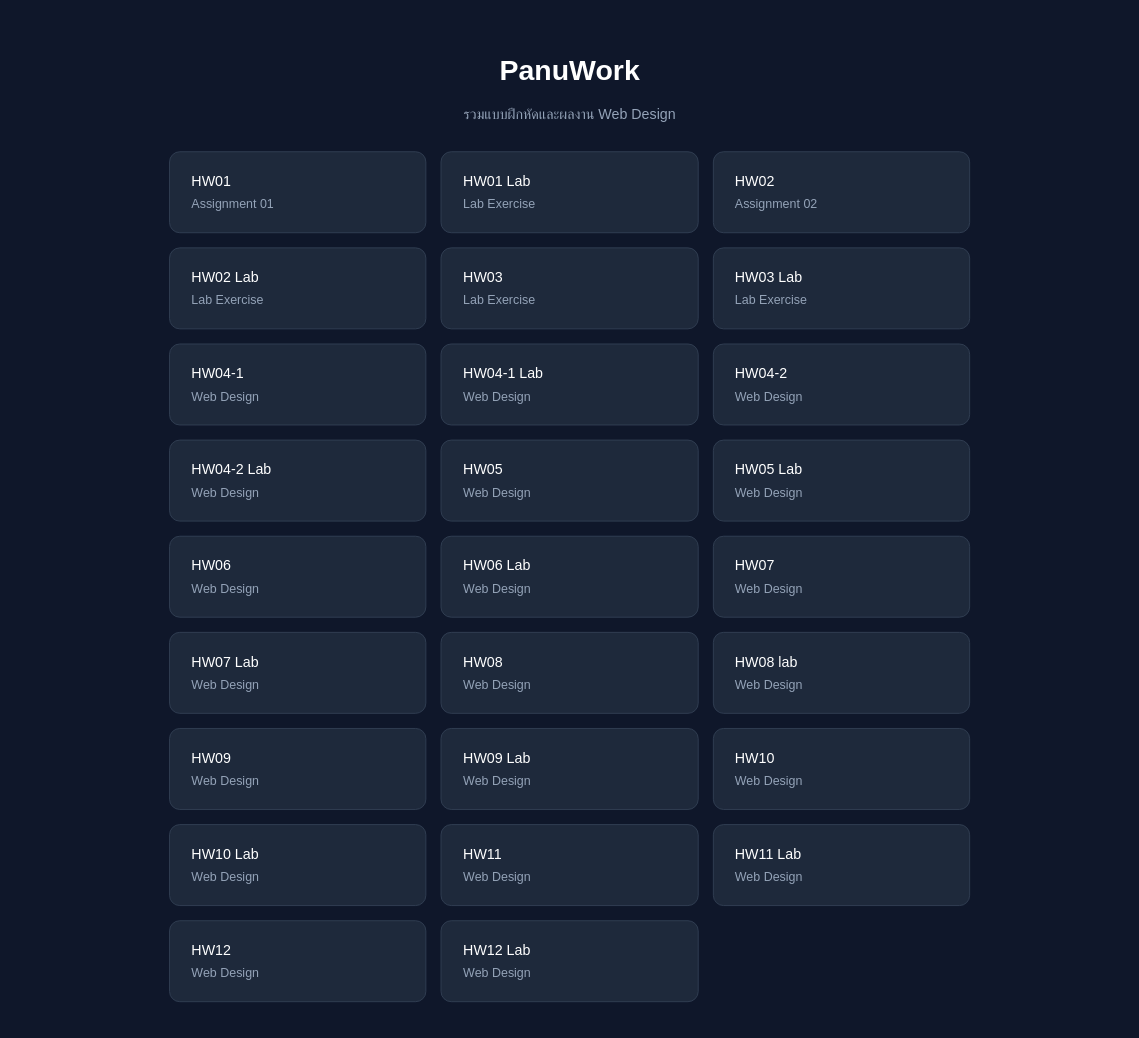
Repository: nuwat-wa/Lab_Ass_WebDesign
Page: index.html
These files come from the project's save history. The page is drawn as it stood at one moment and after a run of saves; the edit follows.
The browser window is 1280 px wide. The pictures show the whole page, at 89% of full size.

Above is the page before, as saved 2026-10-21 00:49:00.

After the next 2 saves:
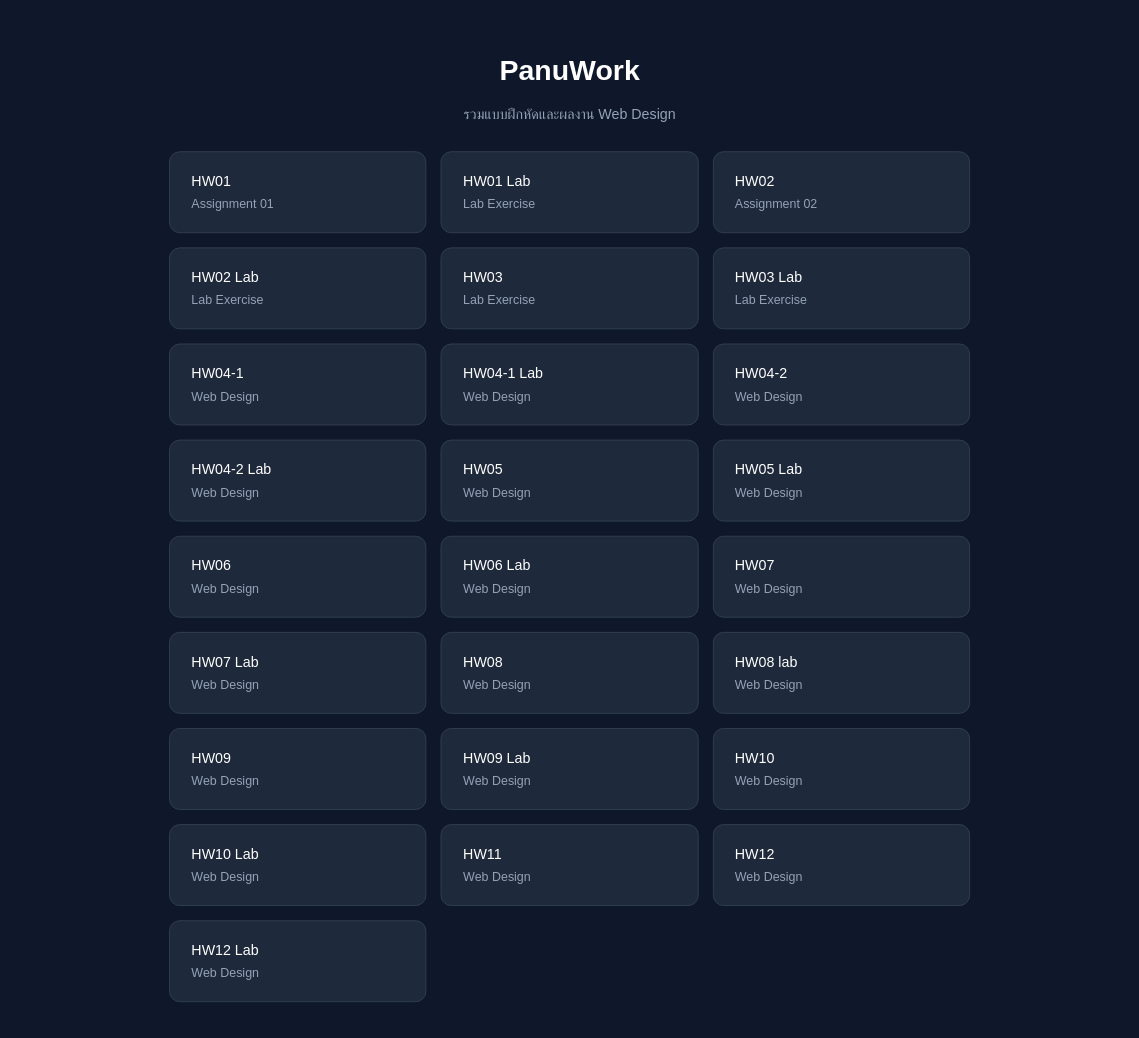
The 2 saves are shown as one change because they came seconds apart.
The last was saved 10 s later.
--- a/index.html
+++ b/index.html
@@ -162,7 +162,7 @@
           HW11 <span>Web Design</span>
         </a>
 
-        <a href="./HW11_IT_Sec1/index.html">
+        <a href="./HW12_IT_Sec1\lab12/.html>
           HW11 Lab<span>Web Design</span>
         </a>
 

After the 3 saves that followed:
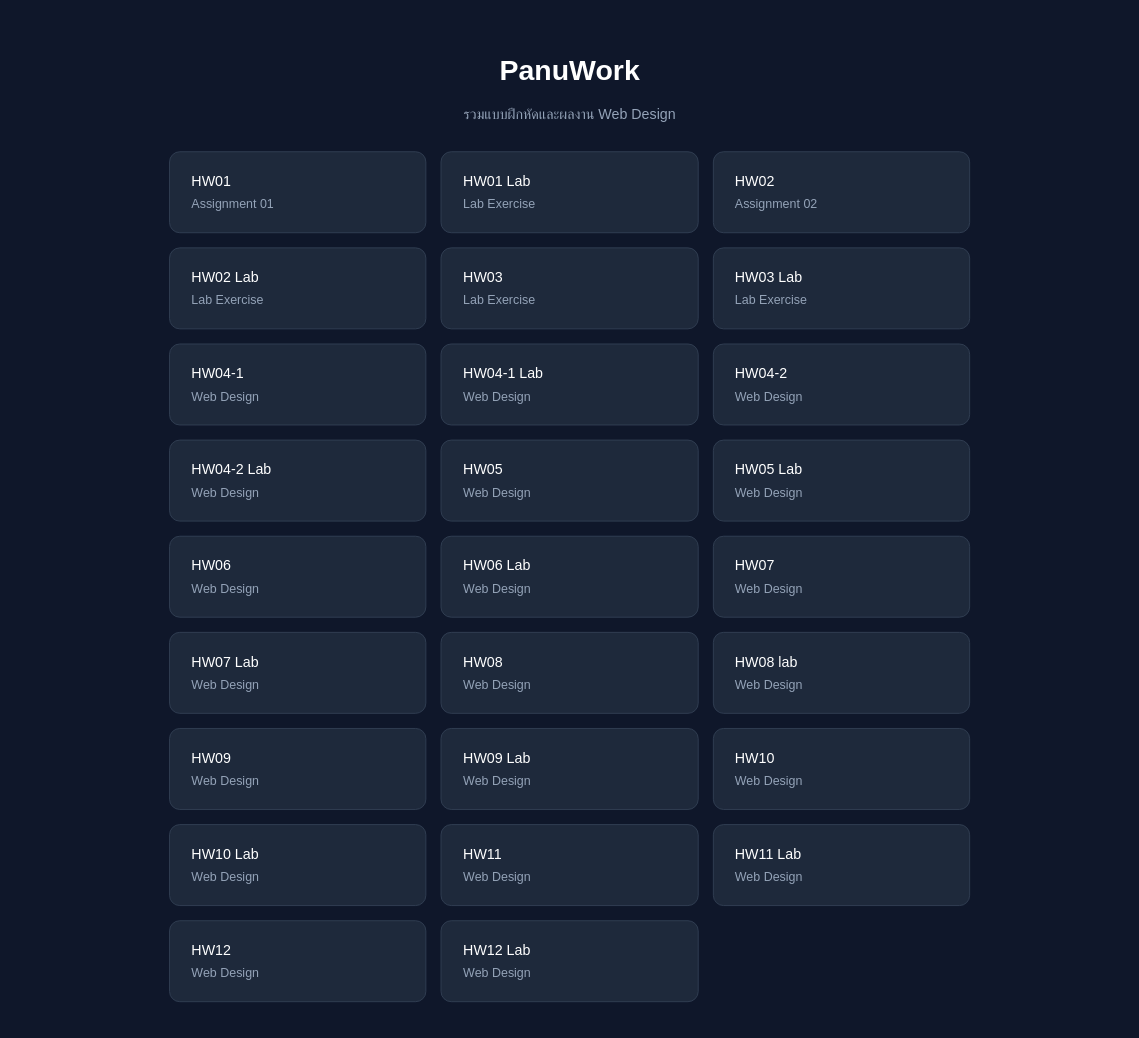
The 3 saves are shown as one change because 1 left the picture as it was and some came seconds apart.
The last was saved 19 s later.
--- a/index.html
+++ b/index.html
@@ -162,7 +162,7 @@
           HW11 <span>Web Design</span>
         </a>
 
-        <a href="./HW12_IT_Sec1\lab12/.html>
+        <a href="./HW11_IT_Sec1/index.html">
           HW11 Lab<span>Web Design</span>
         </a>
 
